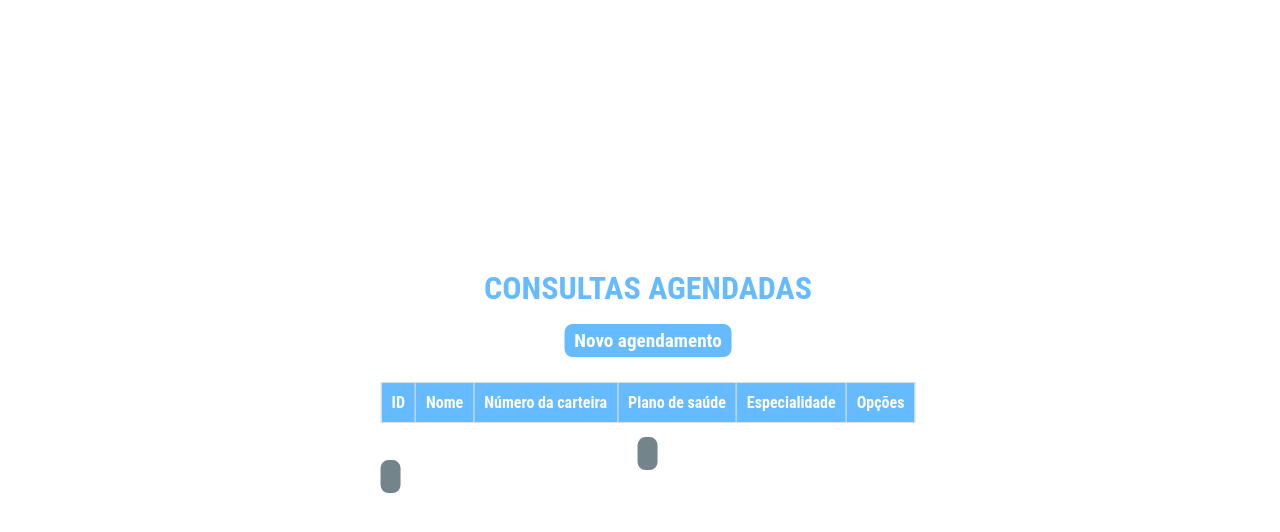
Repository: ohenriquesouza/HospitalCRUD-using-JavaEE
Page: http://localhost/JSP_test/main
These files come from the project's save history. The page is drawn as it stood at one moment and after the next save; the edit follows.
The browser window is 1280 px wide. The pictures show the whole page.
Some web fonts or font styles are not loaded; a fallback is used. The page is served by Tomcat 10. Queries for data that is not in the repository find no rows.

Above is the page before, as saved 2022-12-28 14:25:30.

After the next save:
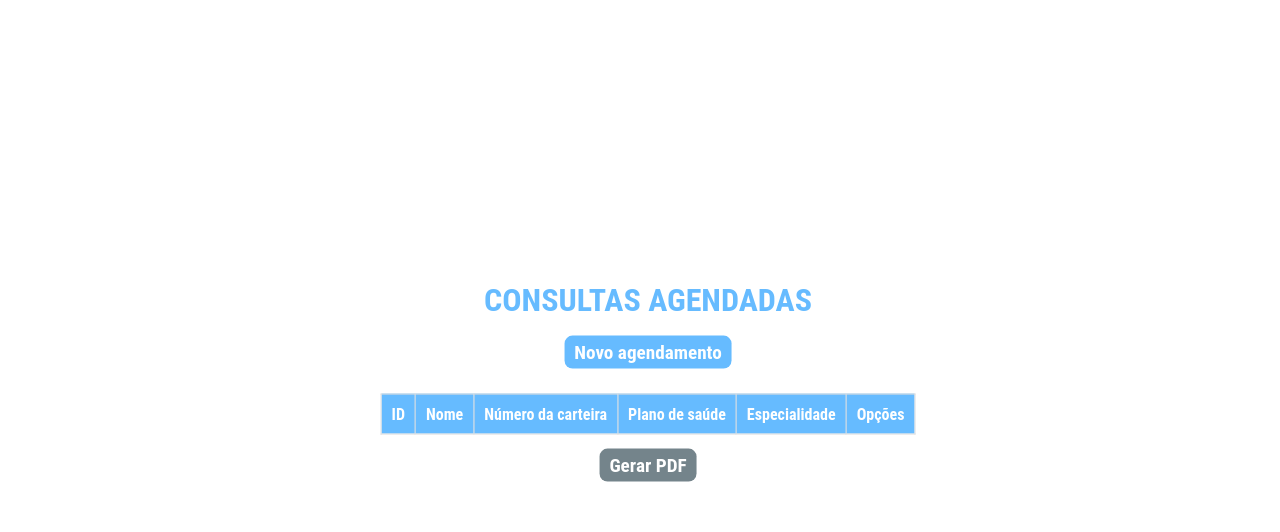
Saved 19 s later.
--- a/JSP_test/src/main/webapp/cadastro.jsp
+++ b/JSP_test/src/main/webapp/cadastro.jsp
@@ -45,7 +45,7 @@
 
 	</table>
 	<br>
-	<center><a href="relatorio" class="botao3"><Gerar PDF</a></center>
+	<center><a href="relatorio" class="botao3">Gerar PDF</a></center>
 	<script src="scripts/confirmacao.js"></script>
 </body>
 </html>
